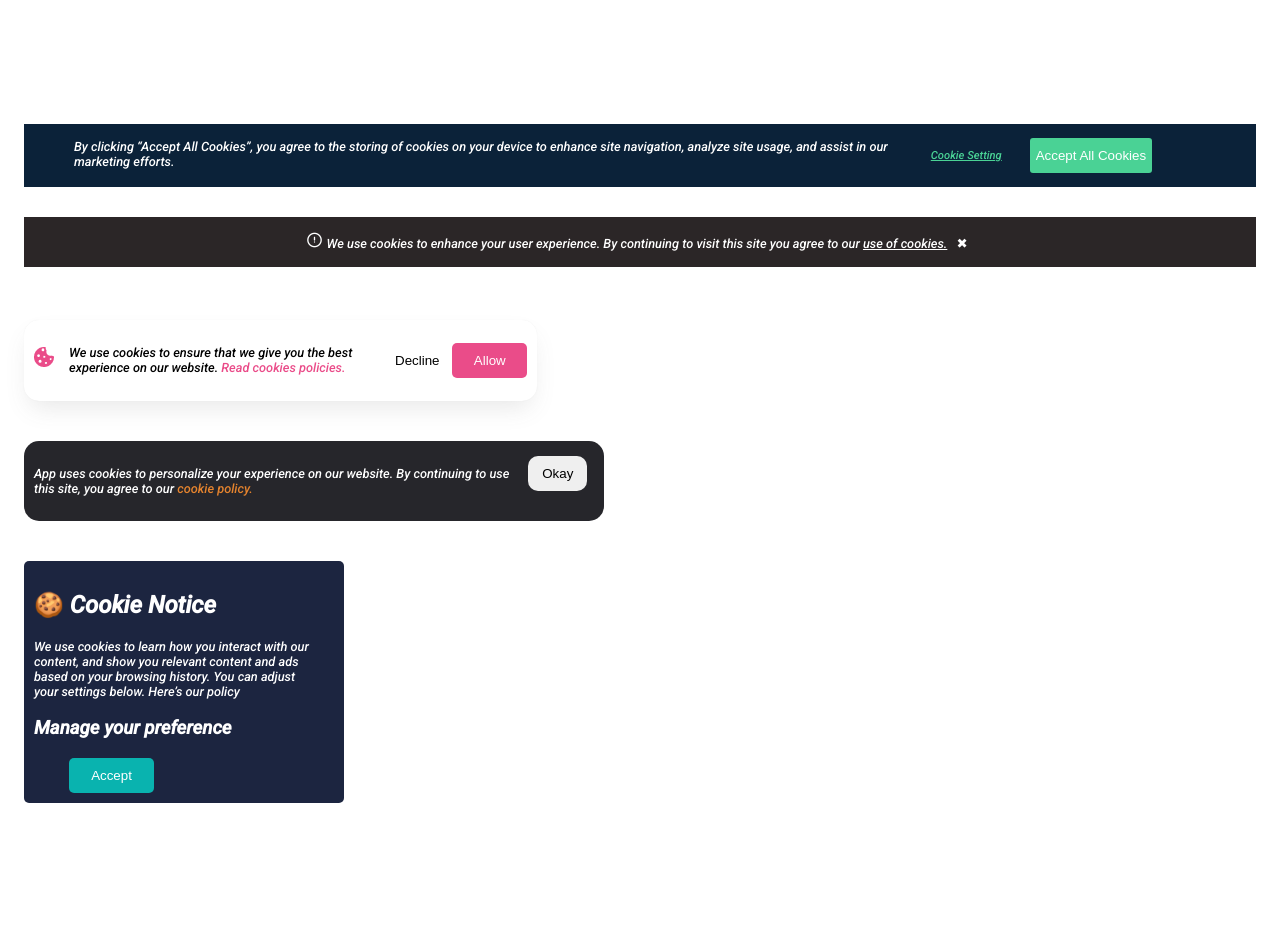
Repository: batonAnton/cursor_cookies_lectr3
Page: index.html
The author's editor kept a copy of each file at every save. The page is drawn from the files as they stood at one save, then again after the next save.
The browser window is 1280 px wide. The pictures show the whole page.

Above is the page before, as saved 2022-06-01 14:15:58.

After the next save:
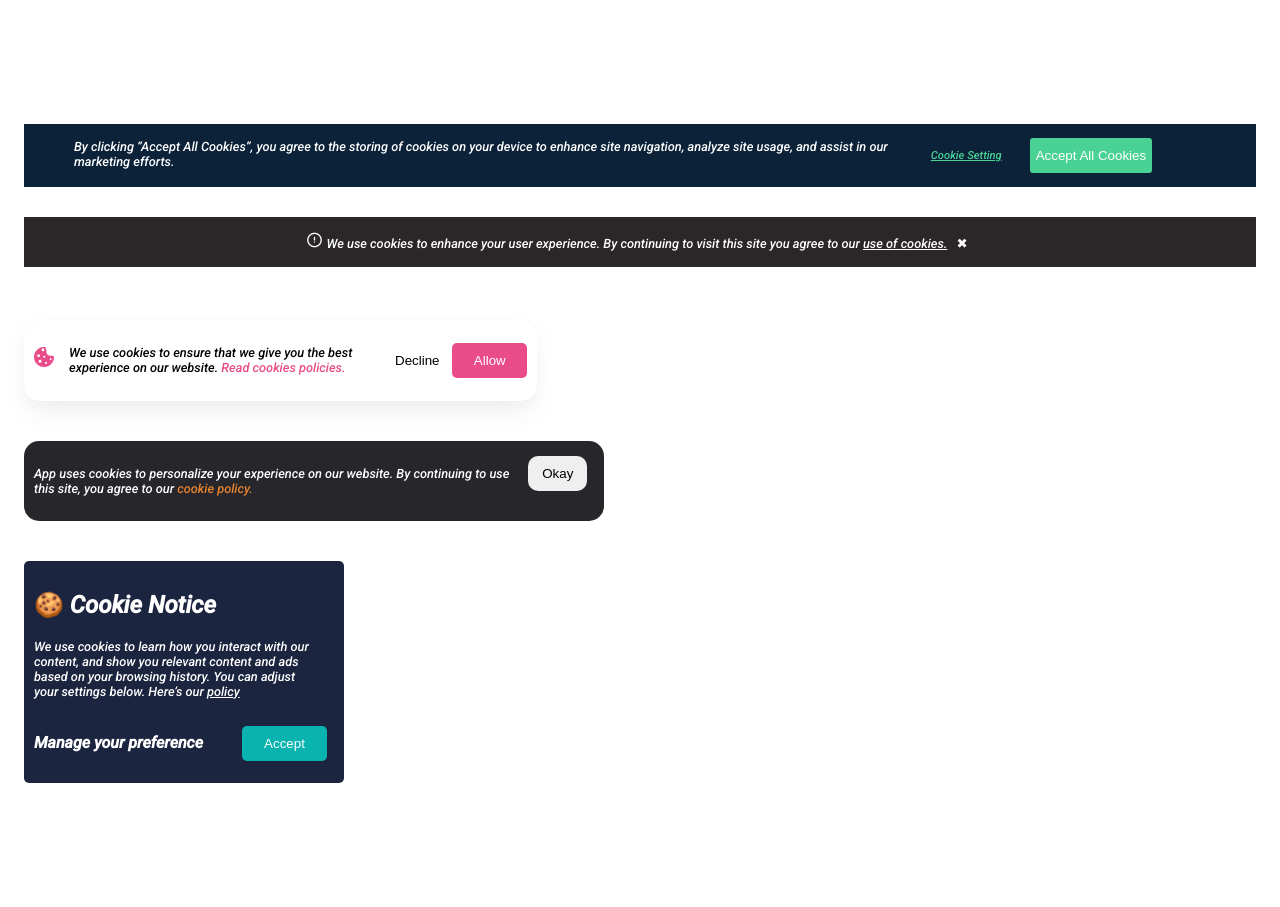
Saved 13 s later.
--- a/index.html
+++ b/index.html
@@ -38,10 +38,11 @@
 
         <div class="banner_5">
             <h2>🍪 Cookie Notice</h2>
-            <p>We use cookies to learn how you interact with our <br> content, and show you relevant content and ads <br> based on your browsing history. You can adjust <br> your settings below. Here’s our policy</p>
-            <h3>Manage your preference </h3>
+            <p>We use cookies to learn how you interact with our <br> content, and show you relevant content and ads <br> based on your browsing history. You can adjust <br> your settings below. Here’s our <a href="#">policy</a></p>
+            <h4>Manage your preference </h4>
             <button>accept</button>
         </div>
+
     </div>
 </body>
 </html>
